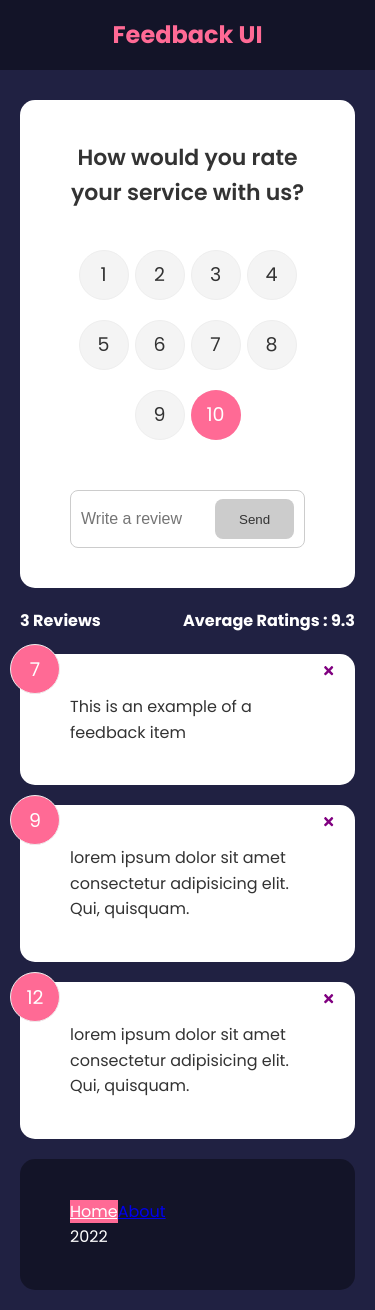
Repository: bayorwor/feedbackapp
Page: /
The author's editor kept a copy of each file at every save. The page is drawn from the files as they stood at one save, then again after the next save.
The browser window is 375 px wide. The pictures show the whole page.
The project was rebuilt for these pictures with package versions that can differ from the ones it lists, and the page was loaded fresh each time. Also part of the build but not shown: src/pages/AboutPage.jsx.

Above is the page before, as saved 2022-01-31 07:38:28.

### public/index.html
<!DOCTYPE html>
<html lang="en">
  <head>
    <meta charset="utf-8" />
    <link rel="icon" href="%PUBLIC_URL%/favicon.ico" />
    <meta name="viewport" content="width=device-width, initial-scale=1" />
    <meta name="theme-color" content="#000000" />
    <meta
      name="description"
      content="Web site created using create-react-app"
    />
    <link rel="apple-touch-icon" href="%PUBLIC_URL%/logo192.png" />
    <link rel="manifest" href="%PUBLIC_URL%/manifest.json" />
    <title>feedback app</title>
  </head>
  <body>
    <noscript>You need to enable JavaScript to run this app.</noscript>
    <div id="root"></div>
  </body>
</html>

### src/index.css
@import url("https://fonts.googleapis.com/css2?family=Poppins:wght@400;600;700&display=swap");

* {
  box-sizing: border-box;
  margin: 0;
  padding: 0;
}

body {
  font-family: "Poppins", sans-serif;
  background-color: #202142;
  color: #fff;
  line-height: 1.6;
}

ul {
  list-style: none;
}

.container {
  max-width: 768px;
  margin: auto;
  padding: 0 20px;
}

header {
  height: 70px;
  width: 100%;
  display: flex;
  justify-content: space-between;
  align-items: center;
  margin-bottom: 30px;
}

.card {
  background-color: #fff;
  color: #333;
  border-radius: 15px;
  padding: 40px 50px;
  margin: 20px 0;
  position: relative;
}

.card.reverse {
  background-color: rgba(0, 0, 0, 0.4);
  color: #fff;
}

.card h2 {
  font-size: 22px;
  font-weight: 600;
  text-align: center;
}

.rating {
  display: flex;
  align-items: center;
  justify-content: space-around;
  margin: 30px 0 40px;
}

.rating li,
.num-display {
  position: relative;
  background: #f4f4f4;
  width: 50px;
  height: 50px;
  padding: 10px;
  text-align: center;
  border-radius: 50%;
  font-size: 19px;
  border: 1px #eee solid;
  transition: 0.3s;
}

.rating li label {
  position: absolute;
  top: 50%;
  left: 50%;
  width: 50px;
  height: 50px;
  padding: 10px;
  border-radius: 50%;
  transform: translate(-50%, -50%);
  cursor: pointer;
}

.rating li:hover,
.num-display {
  background: #ff6a95;
  color: #fff;
}

[type="radio"] {
  opacity: 0;
}

[type="radio"]:checked ~ label {
  background: #ff6a95;
  color: #fff;
}

.input-group {
  display: flex;
  flex-direction: row;
  border: 1px solid #ccc;
  padding: 8px 10px;
  border-radius: 8px;
}

input {
  flex-grow: 2;
  border: none;
  font-size: 16px;
}

input:focus {
  outline: none;
}

.feedback-stats {
  color: #fff;
  display: flex;
  justify-content: space-between;
  align-items: center;
}

.num-display {
  position: absolute;
  top: -10px;
  left: -10px;
}

.close,
.edit {
  position: absolute;
  top: 10px;
  right: 20px;
  cursor: pointer;
  background: none;
  border: none;
}

.edit {
  right: 40px;
}

.btn {
  color: #fff;
  border: 0;
  border-radius: 8px;
  color: #fff;
  width: 100px;
  height: 40px;
  cursor: pointer;
}

.btn-primary {
  background-color: #202142;
}

.btn-secondary {
  background: #ff6a95;
}

.btn:hover {
  transform: scale(0.98);
  opacity: 0.9;
}

.btn:disabled {
  background-color: #cccccc;
  color: #333;
  cursor: auto;
}

.btn:disabled:hover {
  transform: scale(1);
  opacity: 1;
}

.message {
  padding-top: 10px;
  text-align: center;
  color: rebeccapurple;
}

.about-link {
  position: absolute;
  bottom: 20px;
  right: 20px;
  color: #fff;
  cursor: pointer;
}

.about-link a {
  color: #fff;
}

.about-link a:hover {
  color: #ff6a95;
}

.about h1 {
  margin-bottom: 20px;
}

.about p {
  margin: 10px 0;
}

@media (max-width: 600px) {
  .rating li {
    margin: 10px 3px;
  }

  .rating {
    display: flex;
    align-items: center;
    justify-content: center;
    flex-wrap: wrap;
    margin: 30px 0 40px;
  }

  .input-group input {
    width: 80%;
  }
  .active {
    background: #ff6a95;
    color: #fff;
  }
}

### src/App.js
import { useState } from "react";
import { BrowserRouter as Router, Route, Routes } from "react-router-dom";
import { v4 as uuidV4 } from "uuid";
import Header from "./components/Header";
import feedbackData from "./data/feedBacks";
import FeedbackList from "./components/FeedbackList";
import FeedbackStats from "./components/FeedbackStats";
import FeedbackForm from "./components/FeedbackForm";
import AboutPage from "./pages/AboutPage";
import AboutIconLink from "./components/AboutIconLink";
import Footer from "./components/Footer";

const App = () => {
  const [feedback, setFeedback] = useState(feedbackData);

  const deleteFeedback = (id) => {
    if (window.confirm("Are you sure you want to delete this feedback?")) {
      setFeedback(feedback.filter((feedback) => feedback.id !== id));
    }
  };

  const addFeedback = (newFeedback) => {
    newFeedback.id = uuidV4();
    setFeedback([newFeedback, ...feedback]);
  };

  return (
    <Router>
      <Header />
      <div className="container">
        <Routes>
          <Route
            exact
            path="/"
            element={
              <>
                <FeedbackForm addFeedback={addFeedback} />
                <FeedbackStats feedback={feedback} />
                <FeedbackList
                  feedback={feedback}
                  deleteFeedback={deleteFeedback}
                />
              </>
            }
          ></Route>
          <Route path="/about" element={<AboutPage />} />
        </Routes>
        <Footer />
        <AboutIconLink />
      </div>
    </Router>
  );
};

export default App;

### src/components/Header.jsx
import React from "react";
import PropTypes from "prop-types";

const Header = ({ text, bgColor, textColor }) => {
  const headerStyle = {
    backgroundColor: bgColor,
    color: textColor,
  };

  return (
    <header style={headerStyle}>
      <div className="container">
        <h2>{text}</h2>
      </div>
    </header>
  );
};

Header.defaultProps = {
  text: "Feedback UI",
  bgColor: "rgba(0, 0, 0, 0.4)",
  textColor: "#ff6a95",
};

Header.propTypes = {
  text: PropTypes.string,
  bgColor: PropTypes.string,
  textColor: PropTypes.string,
};

export default Header;

### src/data/feedBacks.js
const feedbackData = [
  {
    rating: 7,
    text: "This is an example of a feedback item",
    id: 1,
  },
  {
    rating: 9,
    text: "lorem  ipsum dolor sit  amet consectetur adipisicing elit. Qui, quisquam.",
    id: 2,
  },
  {
    rating: 12,
    text: "lorem  ipsum dolor sit  amet consectetur adipisicing elit. Qui, quisquam.",
    id: 3,
  },
];

export default feedbackData;

### src/components/FeedbackList.jsx
import PropTypes from "prop-types";
import { motion, AnimatePresence } from "framer-motion";
import FeedbaackItem from "./FeedbaackItem";

function FeedbackList({ feedback, deleteFeedback }) {
  if (!feedback || feedback.length === 0) {
    return <p>There are no feedbacks to display</p>;
  }

  return (
    <div className="feedback-list">
      <AnimatePresence>
        {feedback.map((feedback) => (
          <motion.div
            key={feedback.id}
            initial={{ opacity: 0 }}
            animate={{ opacity: 1 }}
            exit={{ opacity: 0 }}
          >
            <FeedbaackItem
              key={feedback.id}
              feedback={feedback}
              deleteFeedback={deleteFeedback}
            />
          </motion.div>
        ))}
      </AnimatePresence>
    </div>
  );
  // return (
  //   <div className="feedback-list">
  //     {feedback.map((feedback) => (
  //       <FeedbaackItem
  //         key={feedback.id}
  //         feedback={feedback}
  //         deleteFeedback={deleteFeedback}
  //       />
  //     ))}
  //   </div>
  // );
}

FeedbackList.propTypes = {
  feedback: PropTypes.array.isRequired,
};

export default FeedbackList;

### src/components/FeedbackStats.jsx
import PropTypes from "prop-types";

function FeedbackStats({ feedback }) {
  let average =
    feedback.reduce((total, feedback) => total + feedback.rating, 0) /
    feedback.length;

  average = average.toFixed(1);

  return (
    <div className="feedback-stats">
      <h4>{feedback.length} Reviews</h4>
      <h4>Average Ratings : {isNaN(average) ? 0 : average}</h4>
    </div>
  );
}

FeedbackStats.propTypes = {
  feedback: PropTypes.array.isRequired,
};

export default FeedbackStats;

### src/components/FeedbackForm.jsx
import { useState } from "react";
import Card from "./shared/Card";
import Button from "./shared/Button";
import RatingSelect from "./RatingSelect";

function FeedbackForm({ addFeedback }) {
  const [text, setText] = useState("");
  const [rating, setRating] = useState(10);
  const [btnDisabled, setBtnDisabled] = useState(true);
  const [message, setMessage] = useState("");

  const handleChange = (event) => {
    if (text === "") {
      setBtnDisabled(true);
      setMessage(null);
    } else if (text !== "" && text.trim().length <= 10) {
      setBtnDisabled(true);
      setMessage("Please enter at least 10 characters");
    } else {
      setBtnDisabled(false);
      setMessage(null);
    }
    setText(event.target.value);
  };

  const handleSubmit = (event) => {
    event.preventDefault();
    if (text.trim().length > 10) {
      const newFeedback = {
        text,
        rating,
      };
      addFeedback(newFeedback);
      setText("");
      setRating(10);
      setBtnDisabled(true);
    }
  };

  return (
    <Card>
      <form onSubmit={handleSubmit}>
        <h2>How would you rate your service with us?</h2>
        <RatingSelect select={(rating) => setRating(rating)} />
        <div className="input-group">
          <input
            onChange={handleChange}
            value={text}
            type="text"
            placeholder="Write a review"
          />
          <Button type="submit" isDisabled={btnDisabled}>
            Send
          </Button>
        </div>
        {message && <div className="message">{message}</div>}
      </form>
    </Card>
  );
}

export default FeedbackForm;

### src/components/AboutIconLink.jsx
import React from "react";
import { FaQuestion } from "react-icons/fa";
import { Link } from "react-router-dom";

function AboutIconLink() {
  return (
    <div className="about-link">
      <Link to="/about">
        <FaQuestion size={30} />
      </Link>
    </div>
  );
}

export default AboutIconLink;

### src/components/Footer.jsx
import { NavLink } from "react-router-dom";
import Card from "./shared/Card";

function Footer() {
  var today = new Date();
  var year = today.getFullYear();

  return (
    <Card reverse={true}>
      <div className="footer">
        <div className="footer-container">
          <NavLink activeClassName="active" to="/">
            Home
          </NavLink>
          <NavLink activeClassName="active" to="/about">
            About
          </NavLink>
        </div>
        <p>{year}</p>
      </div>
    </Card>
  );
}

export default Footer;

### src/components/FeedbaackItem.jsx
import { FaTimes } from "react-icons/fa";
import PropTypes from "prop-types";
import Card from "./shared/Card";

function FeedbaackItem({ feedback, deleteFeedback }) {
  return (
    <Card>
      <div className="num-display">{feedback.rating}</div>
      <button onClick={() => deleteFeedback(feedback.id)} className="close">
        <FaTimes color="purple" />
      </button>
      <div className="text-display">{feedback.text}</div>
    </Card>
  );
}

FeedbaackItem.propTypes = {
  feedback: PropTypes.object.isRequired,
};

export default FeedbaackItem;

### src/components/shared/Card.jsx
import React from "react";
import PropTypes from "prop-types";

function Card({ children, reverse }) {
  return <div className={`card ${reverse && "reverse"}`}>{children}</div>;
}

Card.defaultProps = {
  reverse: false,
};

Card.propTypes = {
  children: PropTypes.node.isRequired,
  reverse: PropTypes.bool,
};

export default Card;

### src/components/shared/Button.js
import PropTypes from "prop-types";

function Button({ children, version, type, isDisabled }) {
  return (
    <button type={type} disabled={isDisabled} className={`btn btn-${version}`}>
      {children}
    </button>
  );
}

Button.defaultProps = {
  version: "primary",
  type: "button",
  isDisabled: false,
};

Button.prototype = {
  children: PropTypes.node.isRequired,
  version: PropTypes.string,
  type: PropTypes.string,
  isDisabled: PropTypes.bool,
};

export default Button;

### src/components/RatingSelect.jsx
import { useState } from "react";

function RatingSelect({ select }) {
  const [selected, setSelected] = useState(10);

  const handleChange = (event) => {
    setSelected(+event.currentTarget.value);
    select(+event.currentTarget.value);
  };

  return (
    <ul className="rating">
      <li>
        <input
          type="radio"
          id="num1"
          name="rating"
          value="1"
          onChange={handleChange}
          checked={selected === 1}
        />
        <label htmlFor="num1">1</label>
      </li>
      <li>
        <input
          type="radio"
          id="num2"
          name="rating"
          value="2"
          onChange={handleChange}
          checked={selected === 2}
        />
        <label htmlFor="num2">2</label>
      </li>
      <li>
        <input
          type="radio"
          id="num3"
          name="rating"
          value="3"
          onChange={handleChange}
          checked={selected === 3}
        />
        <label htmlFor="num3">3</label>
      </li>
      <li>
        <input
          type="radio"
          id="num4"
          name="rating"
          value="4"
          onChange={handleChange}
          checked={selected === 4}
        />
        <label htmlFor="num4">4</label>
      </li>
      <li>
        <input
          type="radio"
          id="num5"
          name="rating"
          value="5"
          onChange={handleChange}
          checked={selected === 5}
        />
        <label htmlFor="num5">5</label>
      </li>
      <li>
        <input
          type="radio"
          id="num6"
          name="rating"
          value="6"
          onChange={handleChange}
          checked={selected === 6}
        />
        <label htmlFor="num6">6</label>
      </li>
      <li>
        <input
          type="radio"
          id="num7"
          name="rating"
          value="7"
          onChange={handleChange}
          checked={selected === 7}
        />
        <label htmlFor="num7">7</label>
      </li>
      <li>
        <input
          type="radio"
          id="num8"
          name="rating"
          value="8"
          onChange={handleChange}
          checked={selected === 8}
        />
        <label htmlFor="num8">8</label>
      </li>
      <li>
        <input
          type="radio"
          id="num9"
          name="rating"
          value="9"
          onChange={handleChange}
          checked={selected === 9}
        />
        <label htmlFor="num9">9</label>
      </li>
      <li>
        <input
          type="radio"
          id="num10"
          name="rating"
          value="10"
          onChange={handleChange}
          checked={selected === 10}
        />
        <label htmlFor="num10">10</label>
      </li>
    </ul>
  );
}

export default RatingSelect;

Loaded but not shown: src/index.js (common file)

After the next save:
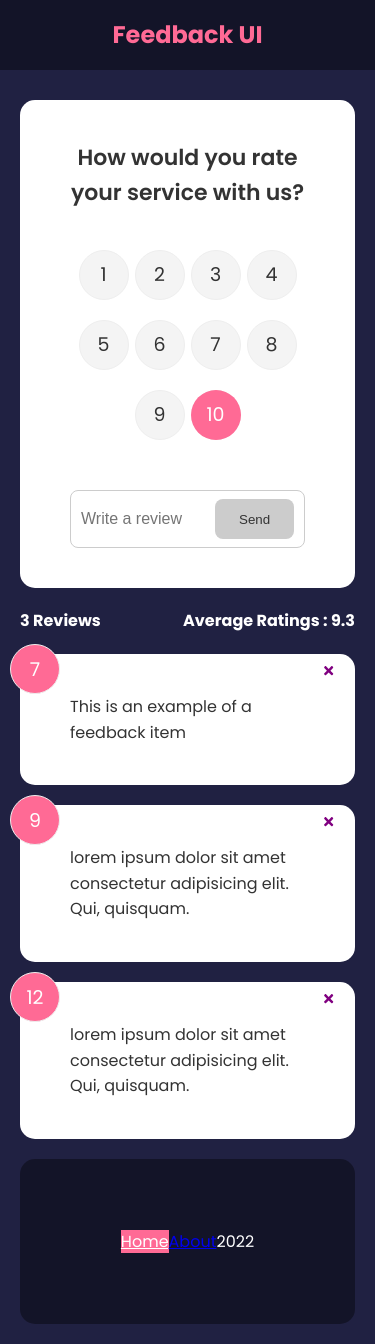
Saved 35 s later.
--- a/src/index.css
+++ b/src/index.css
@@ -229,4 +229,11 @@ input:focus {
     background: #ff6a95;
     color: #fff;
   }
-}
+  .footer {
+    display: flex;
+    justify-content: center;
+    align-items: center;
+    flex-wrap: wrap;
+    margin: 30px 0;
+  }
+}
